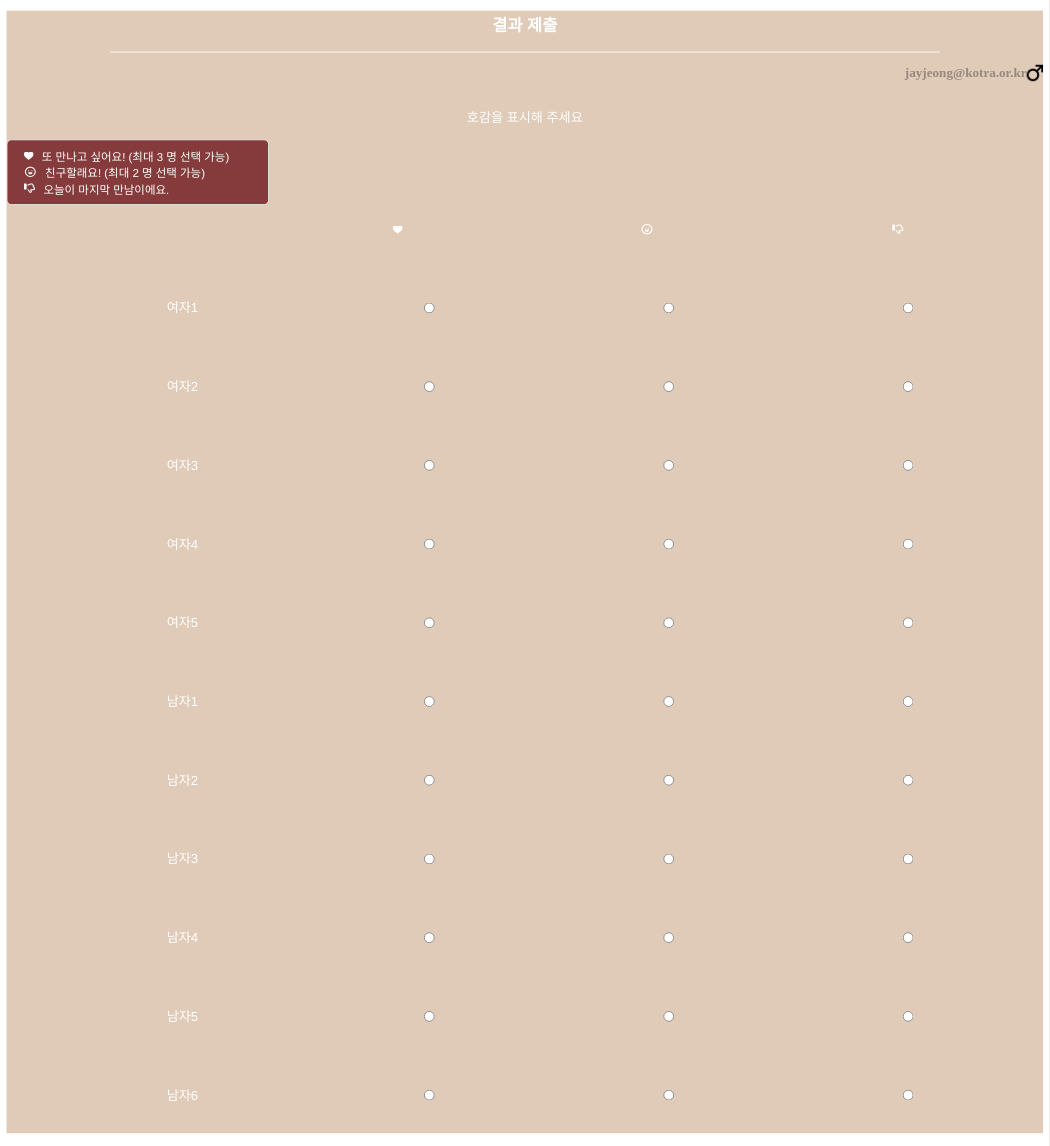
Repository: Jay-Jeong1988/speed_dating_pwa
Page: /submit_result
An editor plug-in stored every save of this project. The page is shown before and after the next save, followed by the edit.
The browser window is 1280 px wide. The pictures show the whole page, at 82% of full size.
The project was rebuilt for these pictures with package versions that can differ from the ones it lists, and the page was loaded fresh each time. Also part of the build but not shown: vue.config.js, src/views/LoginPage.vue, src/views/DashBoard.vue, src/components/no_reservation_card.vue, src/views/BookedEventsPage.vue.

Above is the page before, as saved 2023-02-11 23:03:46.

After the next save:
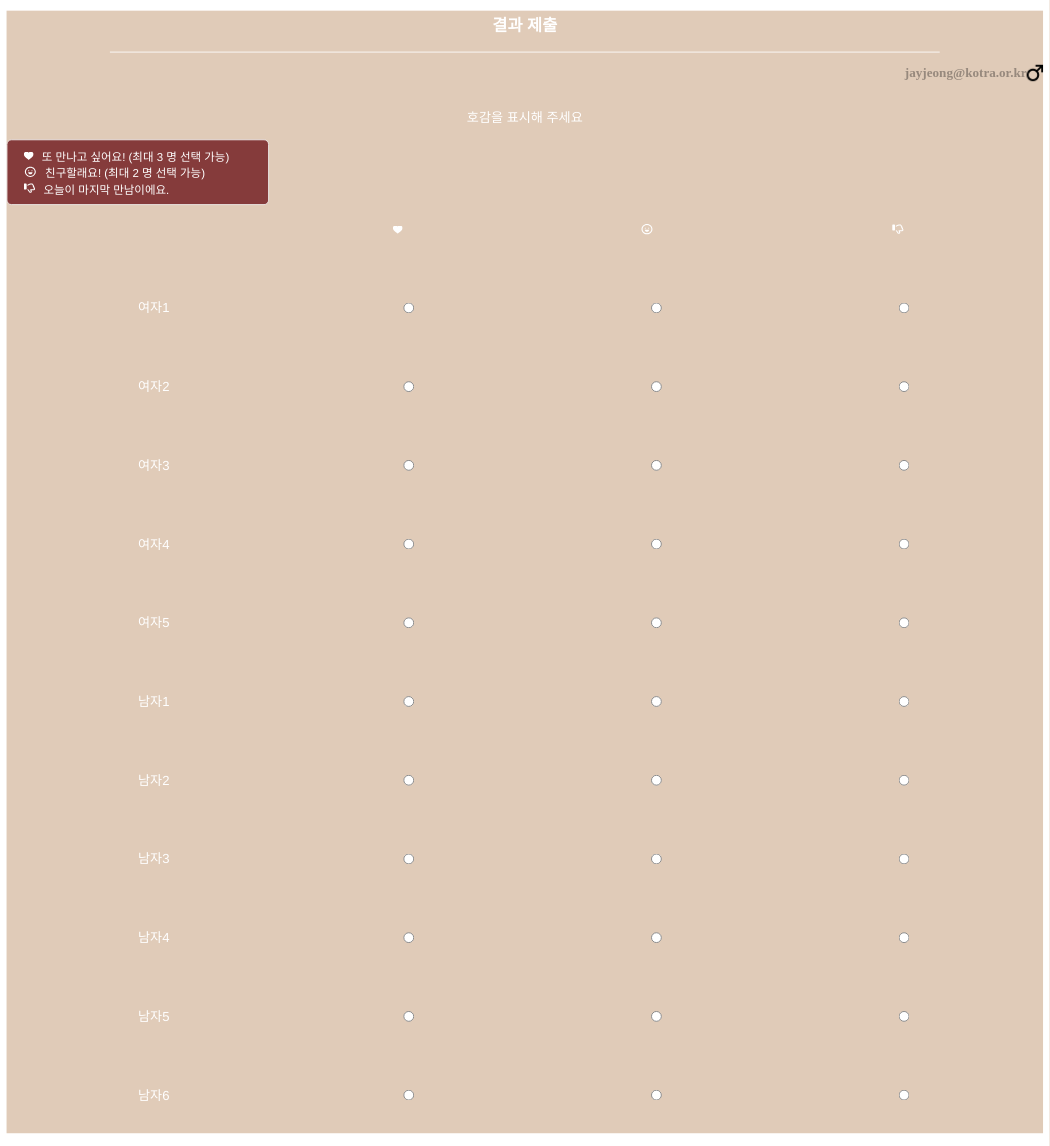
Saved 5 s later.
--- a/src/views/SubmitResultPage.vue
+++ b/src/views/SubmitResultPage.vue
@@ -91,6 +91,7 @@ export default {
   }
 }
 .participants-list {
+  padding: 0;
   .participants-list-item {
     display: flex;
     justify-content: space-around;
